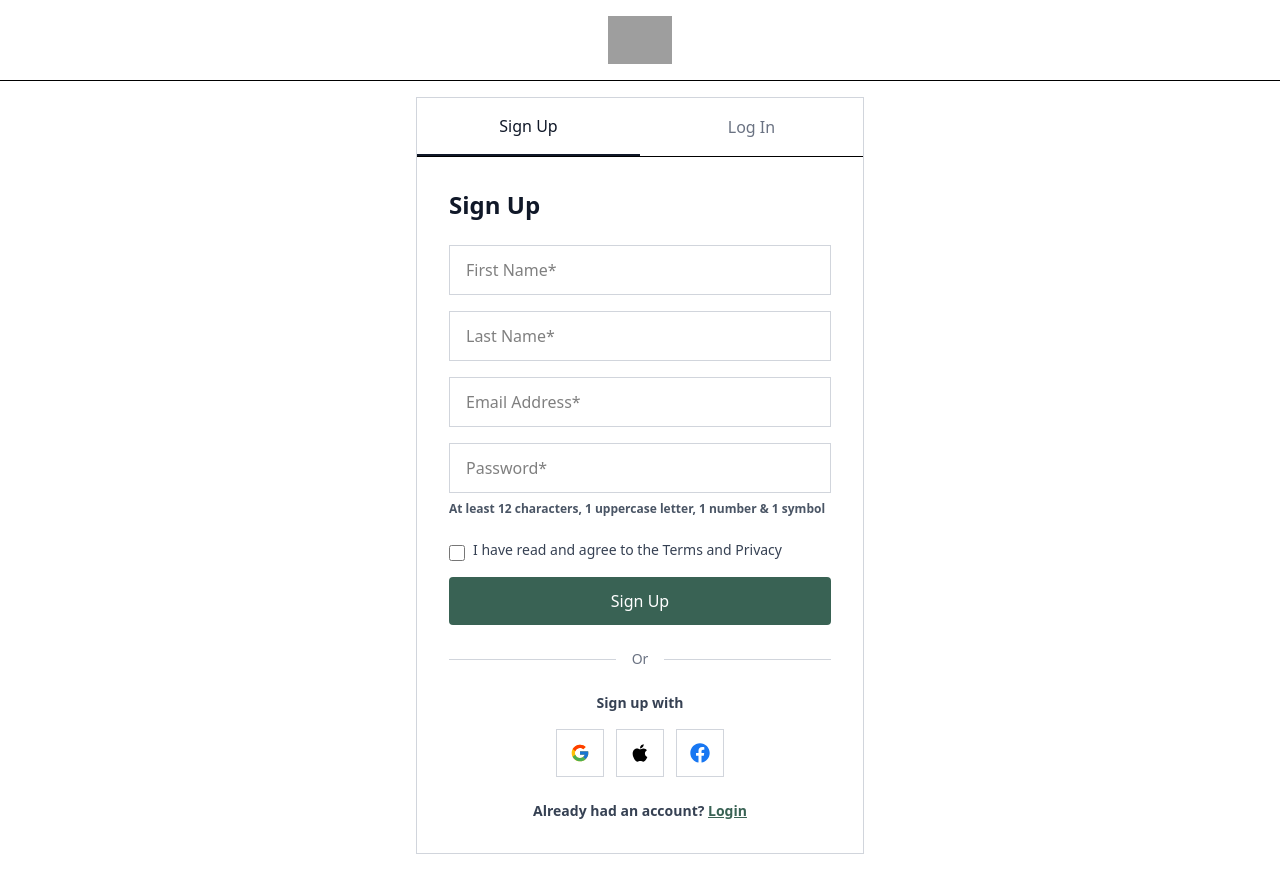
Repository: lyns184/FE-shoes_web
Page: /login
An editor plug-in stored every save of this project. The page is shown before and after the next save, followed by the edit.
The browser window is 1280 px wide. The pictures show the whole page.
Pictures or frames that could not be fetched are drawn as grey boxes. The project was rebuilt for these pictures with package versions that can differ from the ones it lists, and the page was loaded fresh each time. Also part of the build but not shown: vite.config.ts, src/components/shop/Header.tsx, src/components/shop/Navigation.tsx, src/components/shop/HeroCarousel.tsx, src/components/shop/ProductCard.tsx, src/components/shop/BrandCard.tsx, src/components/shop/ReleaseCard.tsx, src/components/shop/PromoBanner.tsx and 7 more.

Above is the page before, as saved 2026-01-01 18:22:15.

After the next save:
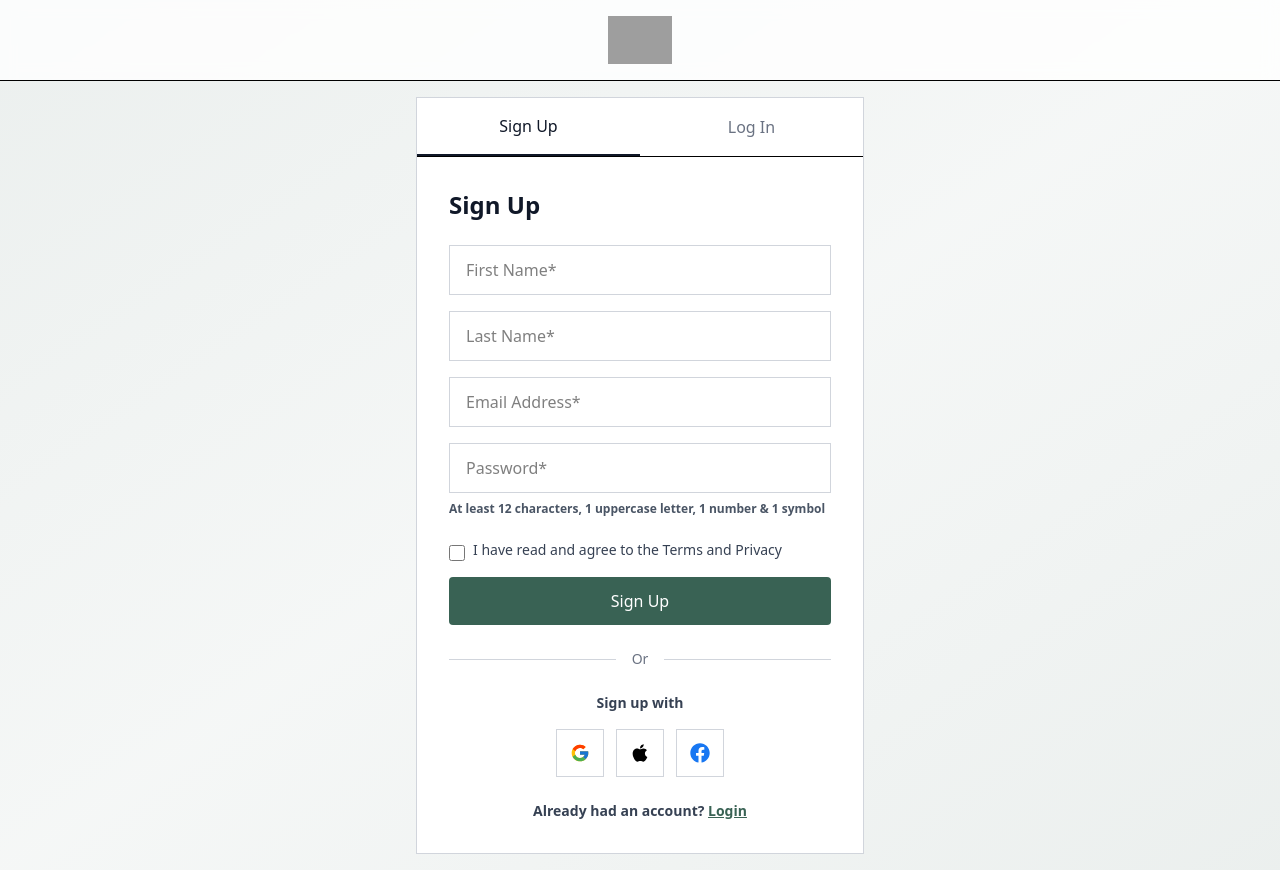
Saved 3 min 26 s later.
--- a/src/pages/SignUp.tsx
+++ b/src/pages/SignUp.tsx
@@ -7,16 +7,18 @@ export default function SignUp() {
   const [activeTab, setActiveTab] = useState<'signup' | 'login'>('signup');
 
   return (
-    <div className="min-h-screen bg-white flex flex-col">
+    <div className="min-h-screen relative overflow-hidden bg-white flex flex-col">
+      <div className="absolute inset-0 bg-gradient-to-br from-[#396254]/10 via-[#396254]/5 to-[#396254]/10" />
+
       {/* Header */}
-      <header className="border-b bg-white py-4">
+      <header className="relative z-10 border-b bg-white/80 backdrop-blur-sm py-4">
         <div className="container mx-auto px-4 flex items-center justify-center gap-2">
           <img src="/logo.png" alt="Logo" className="h-12" />
         </div>
       </header>
 
       {/* Main Content */}
-      <main className="flex-1 flex items-center justify-center p-4">
+      <main className="relative z-10 flex-1 flex items-center justify-center p-4">
         <div className="w-full max-w-md border border-gray-300 bg-white">
           {/* Tabs */}
           <div className="grid grid-cols-2 border-b">
